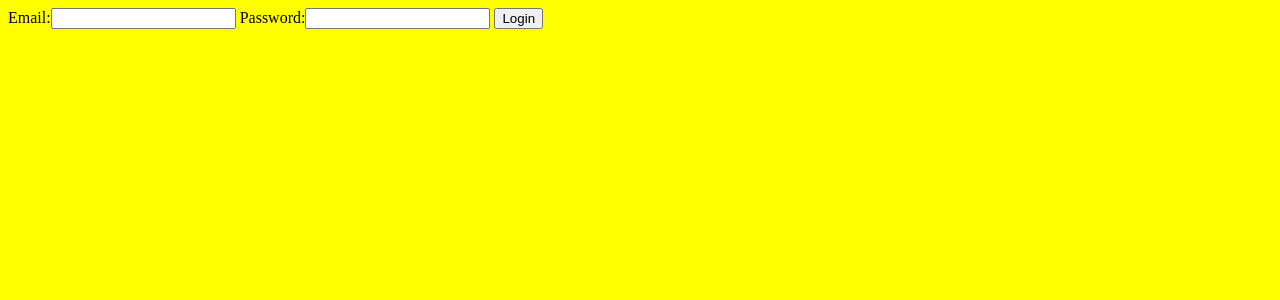
Repository: priyaadya/spring-practice-codes
Page: http://localhost/servletpractice/Login.jsp
These files come from the project's save history. The page is drawn as it stood at one moment and after the next save; the edit follows.
The browser window is 1280 px wide. The pictures show the whole page.
The page is served by Tomcat 9. Other server files are loaded and not shown.

Above is the page before, as saved 2023-05-28 17:51:06.

### servletpractice/src/main/webapp/Login.jsp
<%@ page language="java" contentType="text/html; charset=ISO-8859-1"
    pageEncoding="ISO-8859-1"%>
<!DOCTYPE html>
<html>
<head>
<meta charset="ISO-8859-1">
<title>Insert title here</title>
</head>
<body bgcolor="yellow">
<form action="ls">
Email:<input type="text" name="em">
Password:<input type="text" name="pa">
<input type="submit" value="Login">
</form>

</body>
</html>

After the next save:
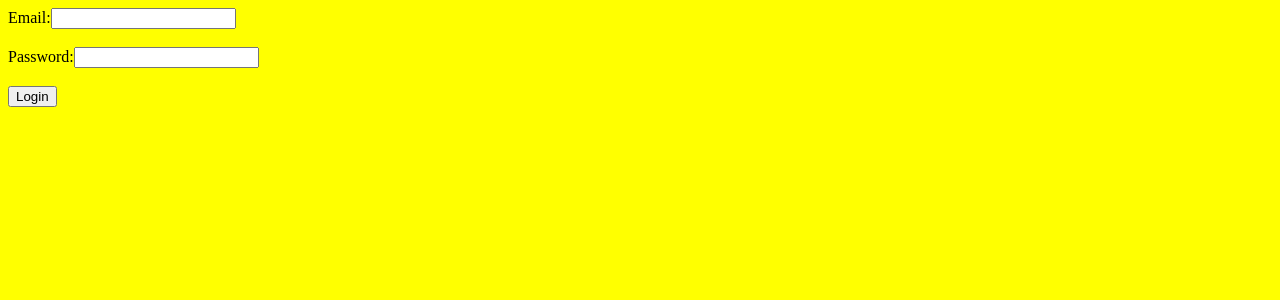
Saved 3 min 17 s later.
--- a/servletpractice/src/main/webapp/Login.jsp
+++ b/servletpractice/src/main/webapp/Login.jsp
@@ -8,9 +8,9 @@
 </head>
 <body bgcolor="yellow">
 <form action="ls">
-Email:<input type="text" name="em">
-Password:<input type="text" name="pa">
-<input type="submit" value="Login">
+Email:<input type="text" name="em"><br><br>
+Password:<input type="text" name="pa"><br><br>
+<input type="submit" value="Login"><br>
 </form>
 
 </body>
